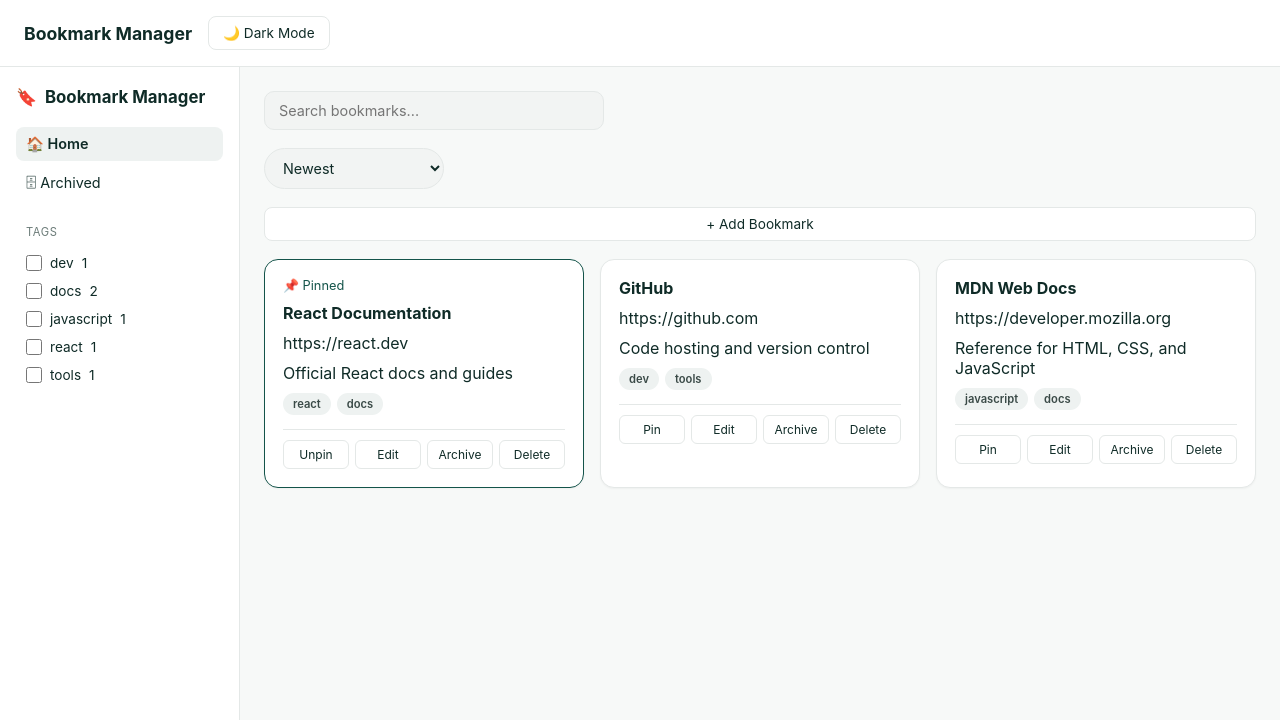
Repository: K0k1M4r/Big-Game-React
Page: /
These files come from the project's save history. The page is drawn as it stood at one moment and after the next save; the edit follows.
The browser window is 1280 px wide. The pictures show the whole page.
The project was rebuilt for these pictures with package versions that can differ from the ones it lists, and the page was loaded fresh each time. Also part of the build but not shown: vite.config.js, src/components/Modal.jsx, src/components/BookmarkForm.jsx.

Above is the page before, as saved 2026-09-22 22:48:05.

After the next save:
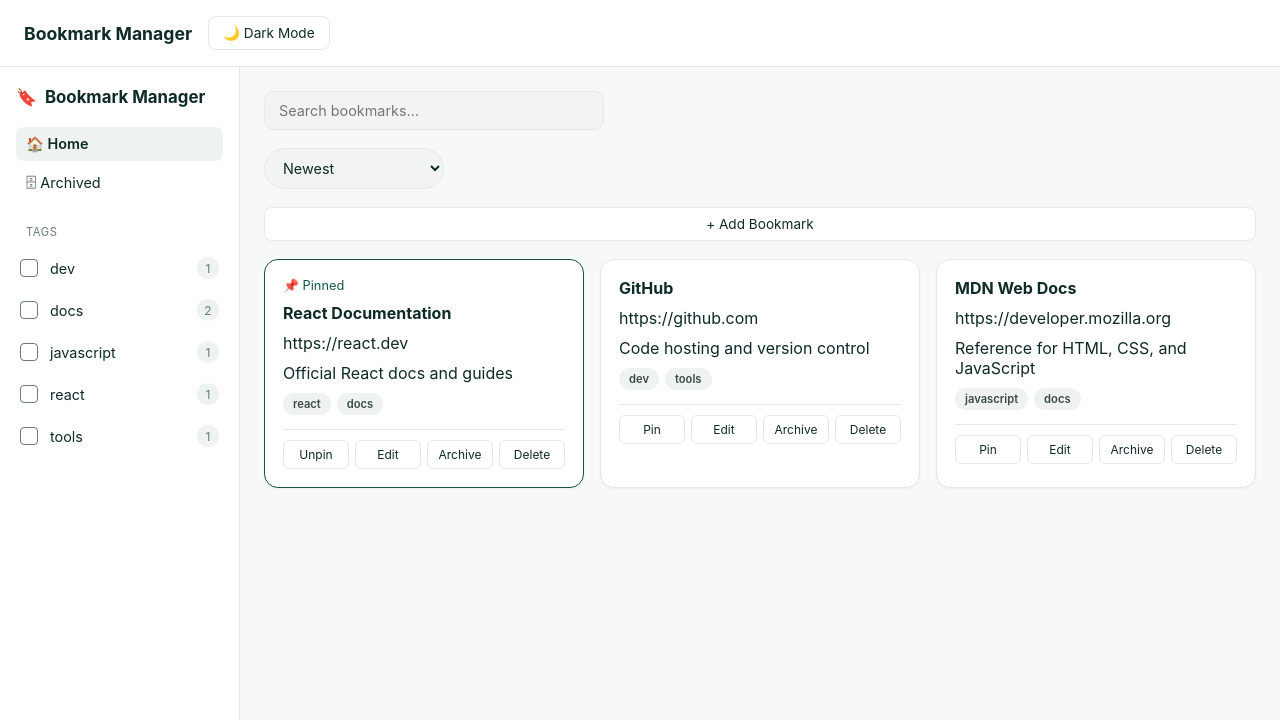
Saved 3 min 13 s later.
--- a/src/index.css
+++ b/src/index.css
@@ -138,22 +138,74 @@
   margin: 16px 0 6px 10px;
 }
 
+.sidebar-tags {
+  display: flex;
+  flex-direction: column;
+  gap: 4px;
+}
+
 .sidebar-tag {
   display: flex;
   align-items: center;
-  gap: 8px;
-  padding: 6px 10px;
+  gap: 12px;
+  padding: 8px 4px;
   border-radius: 8px;
   cursor: pointer;
-  font-size: 0.85rem;
+  font-size: 0.9rem;
+}
+
+.sidebar-tag:hover {
+  background-color: var(--tag-bg);
 }
 
 .sidebar-tag input[type="checkbox"] {
-  width: 16px;
-  height: 16px;
+  width: 18px;
+  height: 18px;
   margin: 0;
-  accent-color: var(--accent-color);
   flex-shrink: 0;
+  appearance: none;
+  -webkit-appearance: none;
+  border: 1.5px solid var(--muted-text);
+  border-radius: 4px;
+  background-color: transparent;
+  cursor: pointer;
+  position: relative;
+}
+
+.sidebar-tag input[type="checkbox"]:checked {
+  background-color: var(--accent-color);
+  border-color: var(--accent-color);
+}
+
+.sidebar-tag input[type="checkbox"]:checked::after {
+  content: "";
+  position: absolute;
+  left: 5px;
+  top: 1px;
+  width: 5px;
+  height: 10px;
+  border: solid white;
+  border-width: 0 2px 2px 0;
+  transform: rotate(45deg);
+}
+
+.tag-name {
+  flex: 1;
+  color: var(--text-color);
+}
+
+.tag-count {
+  margin-left: auto;
+  min-width: 22px;
+  height: 22px;
+  display: flex;
+  align-items: center;
+  justify-content: center;
+  font-size: 0.75rem;
+  color: var(--muted-text);
+  background-color: var(--tag-bg);
+  border-radius: 999px;
+  padding: 0 6px;
 }
 
 /* ===== Header ===== */
